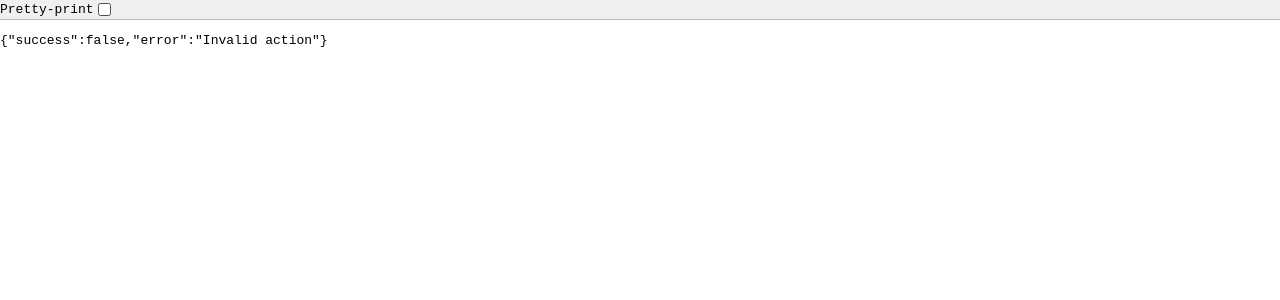
Repository: Ravindu1661/Face-Recognition-Attendance-System
Page: http://localhost/face-attendance-system/api/attendance.php
These files come from the project's save history. The page is drawn as it stood at one moment and after the next save; the edit follows.
The browser window is 1280 px wide. The pictures show the whole page.
The page is run by PHP 8.4 with error messages shown; the project is at /var/www/html/. Queries for data that is not in the repository find no rows.

Above is the page before, as saved 2025-06-11 23:09:43.

After the next save:
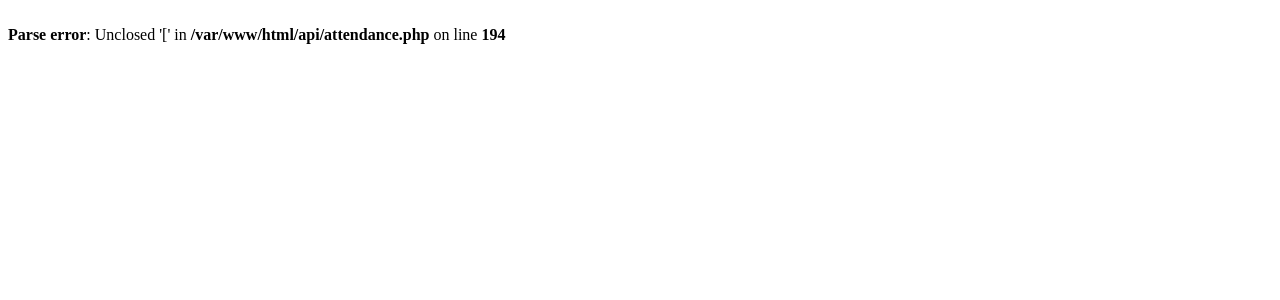
Saved 13 s later.
--- a/api/attendance.php
+++ b/api/attendance.php
@@ -175,3 +175,20 @@ function calculateSimilarity($desc1, $desc2) {
 
     return $dotProduct / (sqrt($norm1) * sqrt($norm2));
 }
+
+function getUserAttendance($db, $params) {
+    $userId = $params['user_id'] ?? null;
+    $startDate = $params['start_date'] ?? date('Y-m-01');
+    $endDate = $params['end_date'] ?? date('Y-m-t');
+
+    if (!$userId) {
+        throw new Exception('User ID not provided');
+    }
+
+    $stmt = $db->prepare("
+        SELECT date, check_in_time, check_out_time, status, confidence_score
+        FROM attendance
+        WHERE user_id = ? AND date BETWEEN ? AND ?
+        ORDER BY date DESC
+    ");
+    $stmt->execute([$userId, $startDate, $en

After the save that followed:
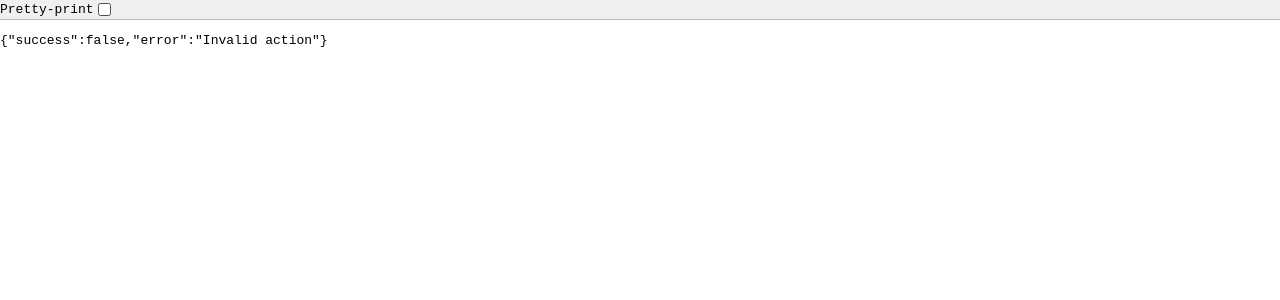
Saved 43 s later.
--- a/api/attendance.php
+++ b/api/attendance.php
@@ -191,4 +191,31 @@ function getUserAttendance($db, $params) {
         WHERE user_id = ? AND date BETWEEN ? AND ?
         ORDER BY date DESC
     ");
-    $stmt->execute([$userId, $startDate, $en
+
+    $stmt->execute([$userId, $startDate, $endDate]);
+
+    return $stmt->fetchAll();
+}
+
+function getSystemSettings($settings) {
+    return [
+        'work_hours' => $settings->getWorkHours(),
+        'late_threshold' => $settings->getLateThreshold(),
+        'face_confidence_threshold' => $settings->getFaceConfidenceThreshold(),
+        'company_name' => $settings->get('company_name', 'Company'),
+        'timezone' => $settings->get('system_timezone', 'UTC')
+    ];
+}
+
+function logAttendanceAction($db, $userId, $action, $confidenceScore = null) {
+    $stmt = $db->prepare("
+        INSERT INTO attendance_logs (user_id, action, confidence_score, ip_address, user_agent)
+        VALUES (?, ?, ?, ?, ?)
+    ");
+
+    $ipAddress = $_SERVER['REMOTE_ADDR'] ?? null;
+    $userAgent = $_SERVER['HTTP_USER_AGENT'] ?? null;
+
+    $stmt->execute([$userId, $action, $confidenceScore, $ipAddress, $userAgent]);
+}
+?>
